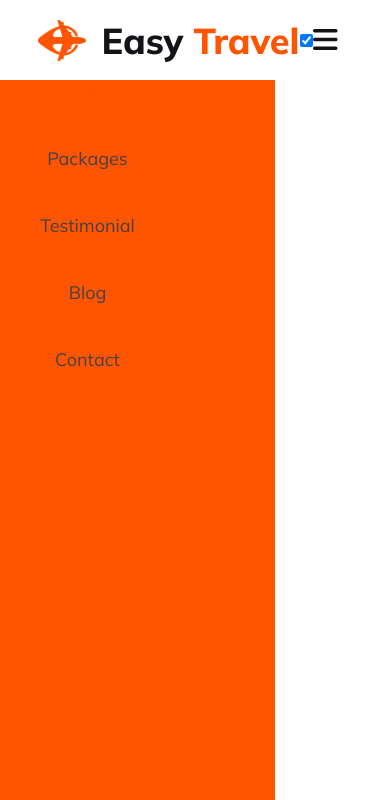
Repository: ShouravAhammed/Assignment-2
Page: index.html
These files come from the project's save history. The page is drawn as it stood at one moment and after the next save; the edit follows.
The browser window is 375 px wide. The pictures show the whole page.
The first `#check` is checked.
Some web libraries are served in a nearby version.

Above is the page before, as saved 2024-01-16 02:22:28.

After the next save:
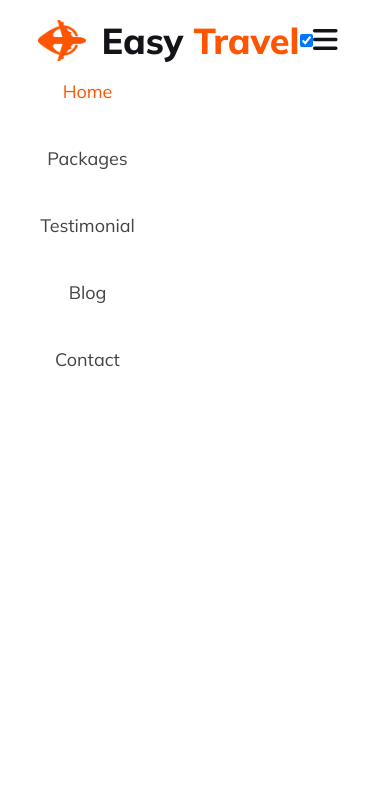
Saved 21 s later.
--- a/styles/style.css
+++ b/styles/style.css
@@ -110,7 +110,7 @@
         display: block;
     }
     #check:checked ~ ul{
-        background: #FF5400;
+        background: #fff;
     }
 
 
